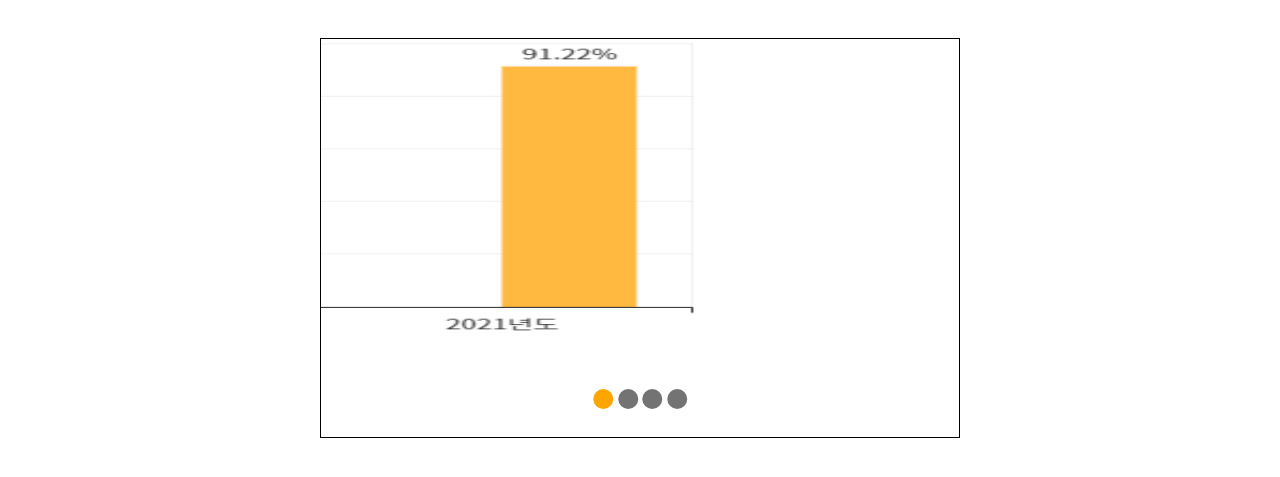
Repository: JavaJin96/kr.or.ddit.HighJava
Page: http://localhost/TeamProjectDCUM/work_psj/iframe_psj/getwork.jsp
An editor plug-in stored every save of this project. The page is shown before and after the next save, followed by the edit.
The browser window is 1280 px wide. The pictures show the whole page.
The page is served by Tomcat 9.

Above is the page before, as saved 2022-02-16 00:57:11.

After the next save:
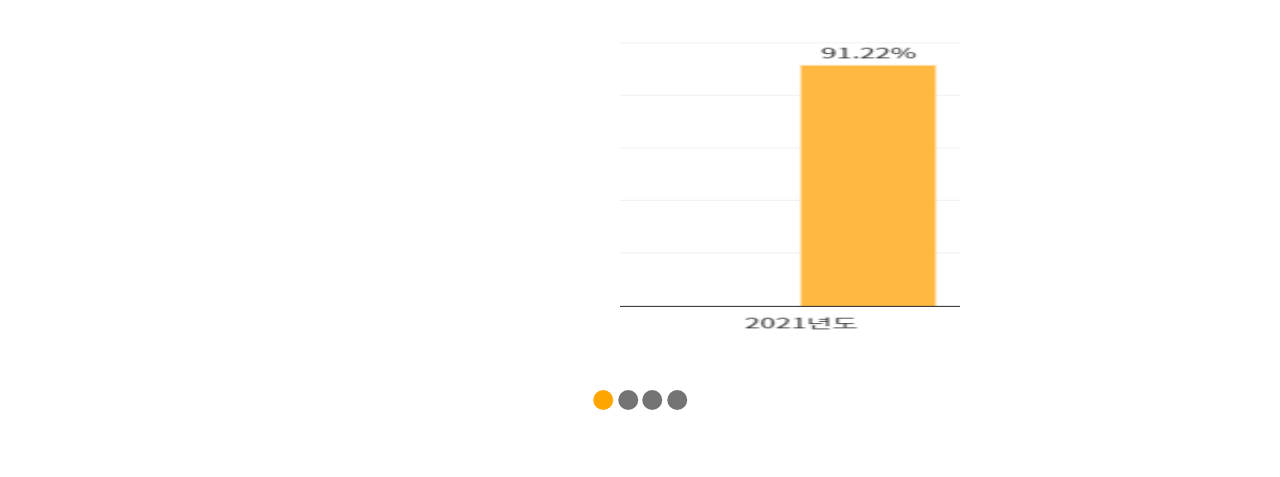
Saved 47 s later.
--- a/3.Highjava/workspace/TeamProjectDCUM/WebContent/work_psj/iframe_psj/getwork.jsp
+++ b/3.Highjava/workspace/TeamProjectDCUM/WebContent/work_psj/iframe_psj/getwork.jsp
@@ -20,7 +20,6 @@
     overflow: hidden; /* 현재 슬라이드 오른쪽에 위치한 나머지 슬라이드 들이 보이지 않도록 가림 */
 /*     text-align: center; */
 	display: flex;
-	border : 1px solid black;
 }
 .slider input[type=radio]{
     display: none;
@@ -28,6 +27,7 @@
 img{
 	width : 400px;
     height : 300px;
+    margin-left: 300px;
 }
 
 ul.imgs{
